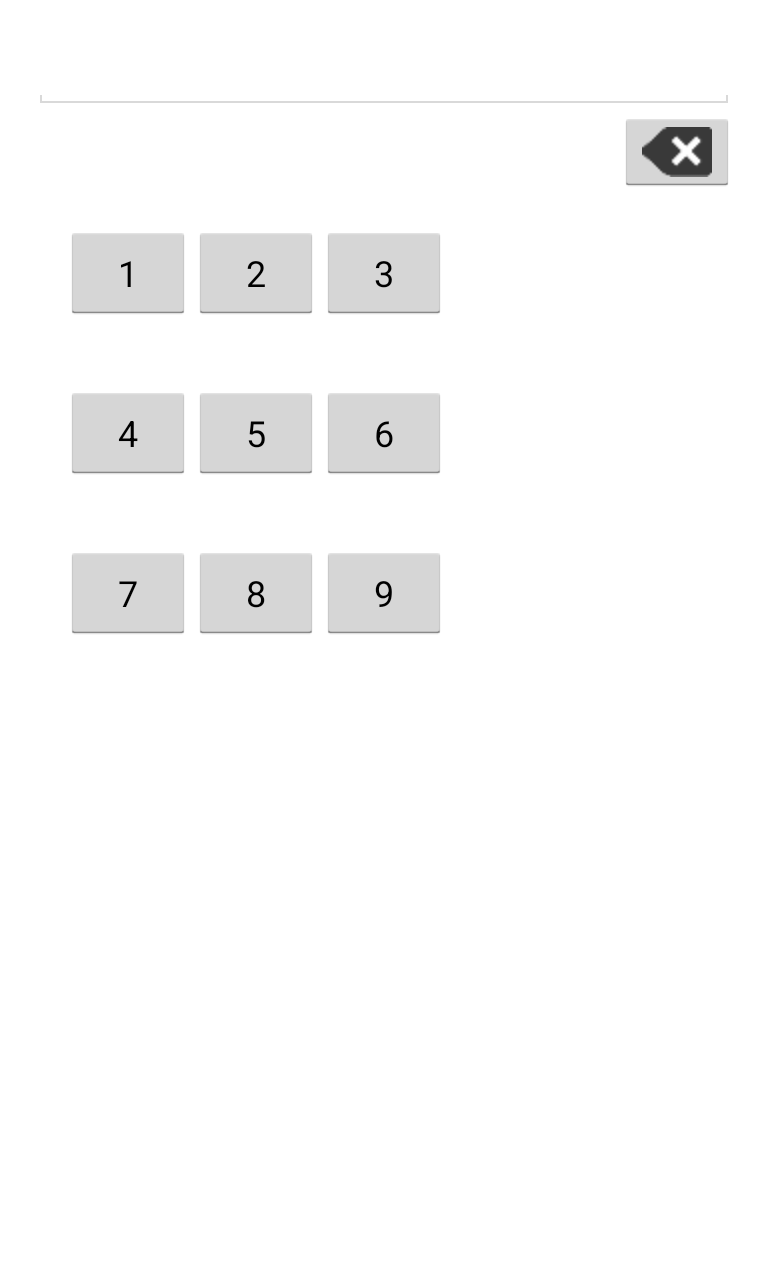
Repository: andreeastoican/Laborator03
Layout: PhoneDialer/res/layout/activity_phone_dialer.xml
The author's editor kept a copy of each file at every save. The layout is drawn from the files as they stood at one save, then again after the next save.
It is drawn on a 768 x 1280 px phone screen (xhdpi) without system bars, with theme AppTheme; the app's code is not run.

Above is the layout before, as saved 2015-03-10 09:34:19.

After the next save:
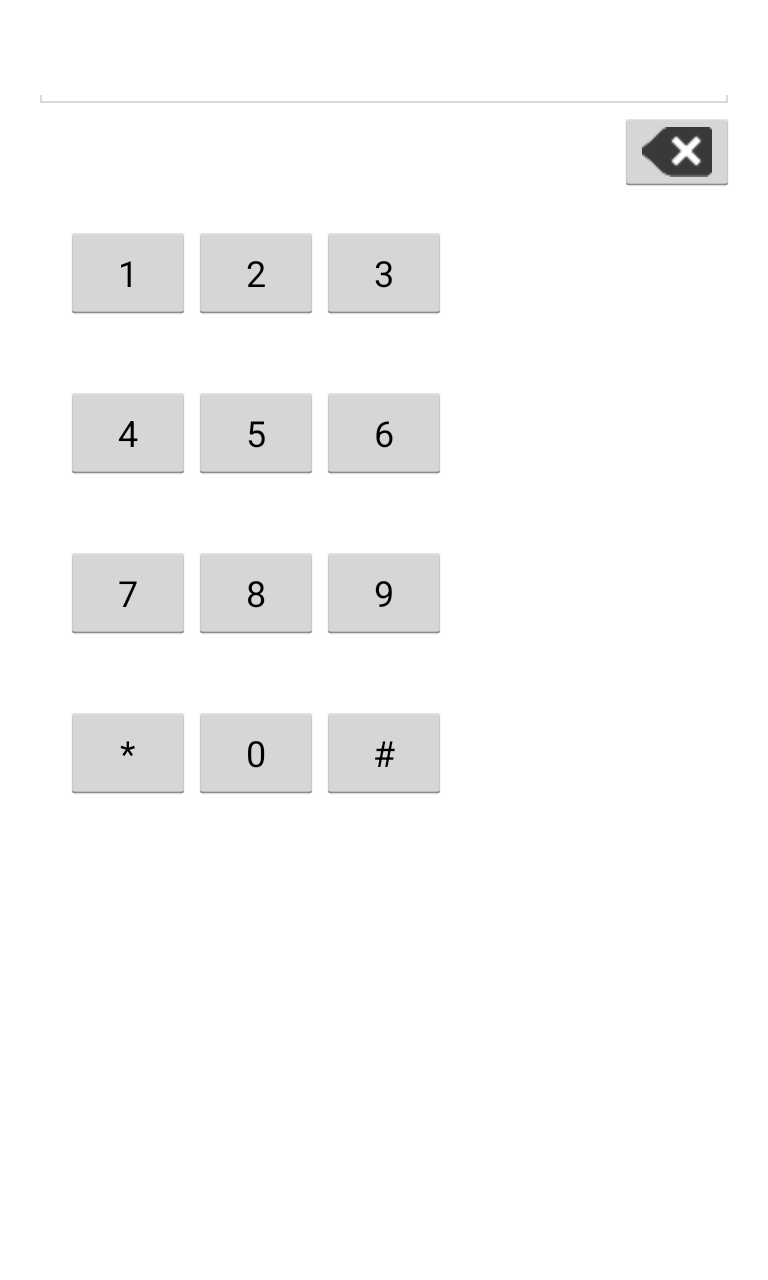
Saved 89 s later.
--- a/PhoneDialer/res/layout/activity_phone_dialer.xml
+++ b/PhoneDialer/res/layout/activity_phone_dialer.xml
@@ -121,6 +121,38 @@
 	        android:text="9"
 		    />
 
+	</LinearLayout>
+
+	<LinearLayout
+	  android:layout_below="@id/layout3"
+	  android:id="@+id/layout4"
+	  android:layout_width="wrap_content"
+	  android:layout_height="wrap_content"
+	  android:paddingBottom="@dimen/activity_vertical_margin"
+	  android:paddingLeft="@dimen/activity_horizontal_margin"
+	  android:paddingRight="@dimen/activity_horizontal_margin"
+	  android:paddingTop="@dimen/activity_vertical_margin"
+	  android:orientation="horizontal">
+
+		<Button
+		    android:id="@+id/id10"
+		    android:layout_width="wrap_content"
+	        android:layout_height="wrap_content"
+	        android:text="*"
+		    />
+		<Button
+		    android:id="@+id/id0"
+		    android:layout_width="wrap_content"
+	        android:layout_height="wrap_content"
+	        android:text="0"
+		    />
+		<Button
+		    android:id="@+id/id11"
+		    android:layout_width="wrap_content"
+	        android:layout_height="wrap_content"
+	        android:text="#"
+		    />
+
 	</LinearLayout> "
 
 </RelativeLayout>
